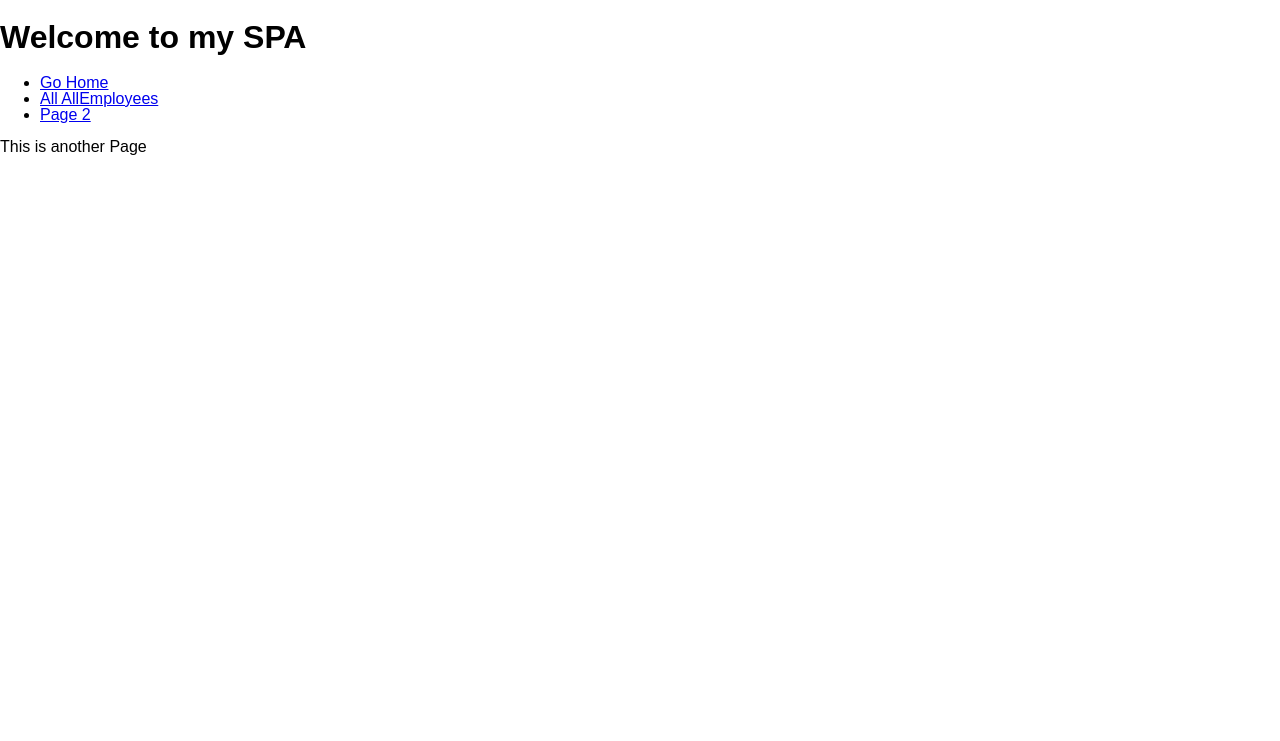
Repository: rh1456/employee-directory
Page: /2
The author's editor kept a copy of each file at every save. The page is drawn from the files as they stood at one save, then again after the next save.
The browser window is 1280 px wide. The pictures show the whole page.
The project was rebuilt for these pictures with package versions that can differ from the ones it lists, and the page was loaded fresh each time. Also part of the build but not shown: src/components/HelloWorld.jsx, src/pages/HomePage.jsx, src/pages/NotFound.jsx, src/pages/AllEmployees.jsx.

Above is the page before, as saved 2019-12-07 11:43:28.

### public/index.html
<!DOCTYPE html>
<html lang="en">
  <head>
    <meta charset="utf-8">
    <link rel="shortcut icon" href="%PUBLIC_URL%/favicon.ico">
    <meta name="viewport" content="width=device-width, initial-scale=1, shrink-to-fit=no">
    <meta name="theme-color" content="#000000">
    <!--
      manifest.json provides metadata used when your web app is added to the
      homescreen on Android. See https://developers.google.com/web/fundamentals/web-app-manifest/
    -->
    <link rel="manifest" href="%PUBLIC_URL%/manifest.json">
    <!--
      Notice the use of %PUBLIC_URL% in the tags above.
      It will be replaced with the URL of the `public` folder during the build.
      Only files inside the `public` folder can be referenced from the HTML.

      Unlike "/favicon.ico" or "favicon.ico", "%PUBLIC_URL%/favicon.ico" will
      work correctly both with client-side routing and a non-root public URL.
      Learn how to configure a non-root public URL by running `npm run build`.
    -->
    <title>Employee Directory</title>
  </head>
  <body>
    <noscript>
      You need to enable JavaScript to run this app.
    </noscript>
    <div id="root"></div>
    <!--
      This HTML file is a template.
      If you open it directly in the browser, you will see an empty page.

      You can add webfonts, meta tags, or analytics to this file.
      The build step will place the bundled scripts into the <body> tag.

      To begin the development, run `npm start` or `yarn start`.
      To create a production bundle, use `npm run build` or `yarn build`.
    -->
  </body>
</html>

### src/App.jsx
import React from 'react'
import { BrowserRouter as Router, Link, Route, Switch } from 'react-router-dom'
// import AllEmployees from './pages/AllEmployees'
import Page2 from './pages/AddEmployee'
import HomePage from './pages/HomePage'
import NotFound from './pages/NotFound'
import AllEmployees from './pages/AllEmployees'

const App = () => {
  return (
    <Router>
      <header>
        <h1>Welcome to my SPA</h1>
        <nav>
          <ul>
            <li>
              <Link to="/">Go Home</Link>
            </li>
            <li>
              <Link to="/1">All AllEmployees</Link>
            </li>
            <li>
              <Link to="/2">Page 2</Link>
            </li>
          </ul>
        </nav>
      </header>
      <Switch>
        <Route exact path="/" component={HomePage}></Route>
        <Route exact path="/1" component={AllEmployees}></Route>
        <Route exact path="/2" component={Page2}></Route>
        <Route path="*" component={NotFound}></Route>
      </Switch>
    </Router>
  )
}

export default App

### src/pages/AddEmployee.jsx
import React from 'react'

const Page2 = () => {
  return <div>This is another Page</div>
}

export default Page2

Loaded but not shown: src/index.js (common file); src/index.css (common file)

After the next save:
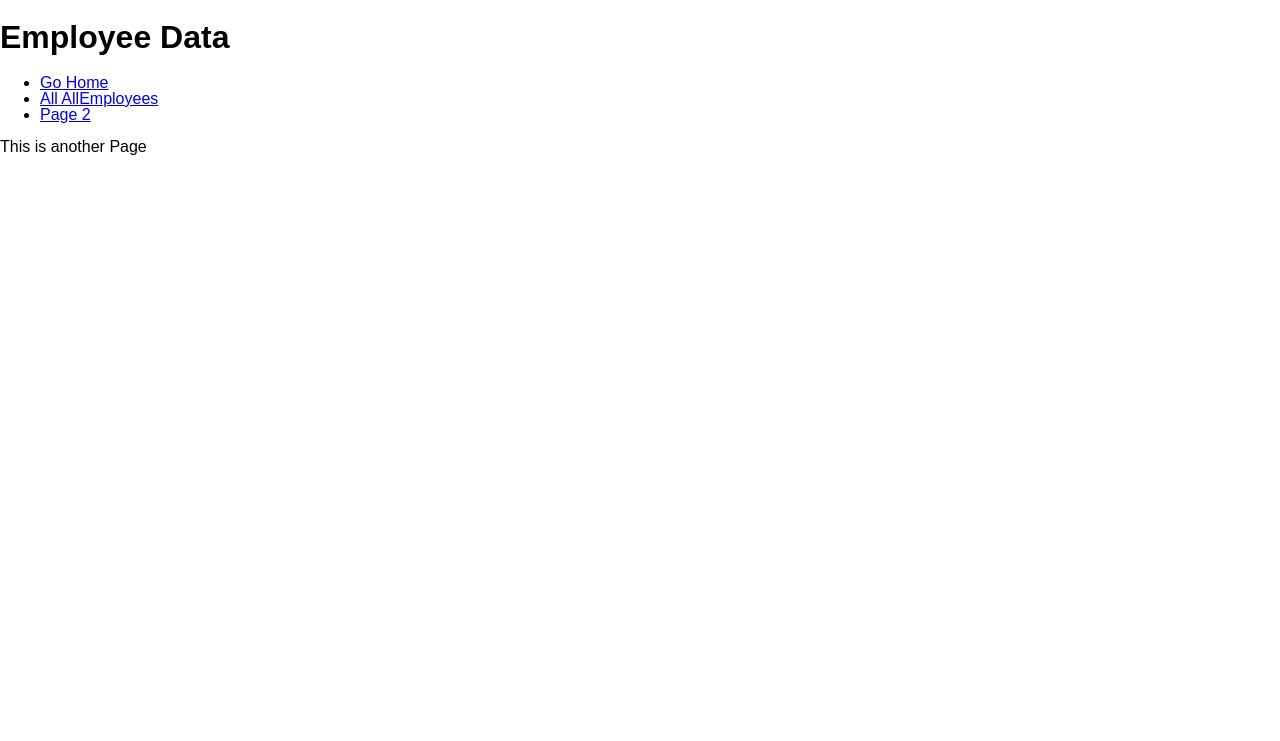
Saved 99 s later.
--- a/src/App.jsx
+++ b/src/App.jsx
@@ -10,7 +10,7 @@
   return (
     <Router>
       <header>
-        <h1>Welcome to my SPA</h1>
+        <h1>Employee Data</h1>
         <nav>
           <ul>
             <li>
